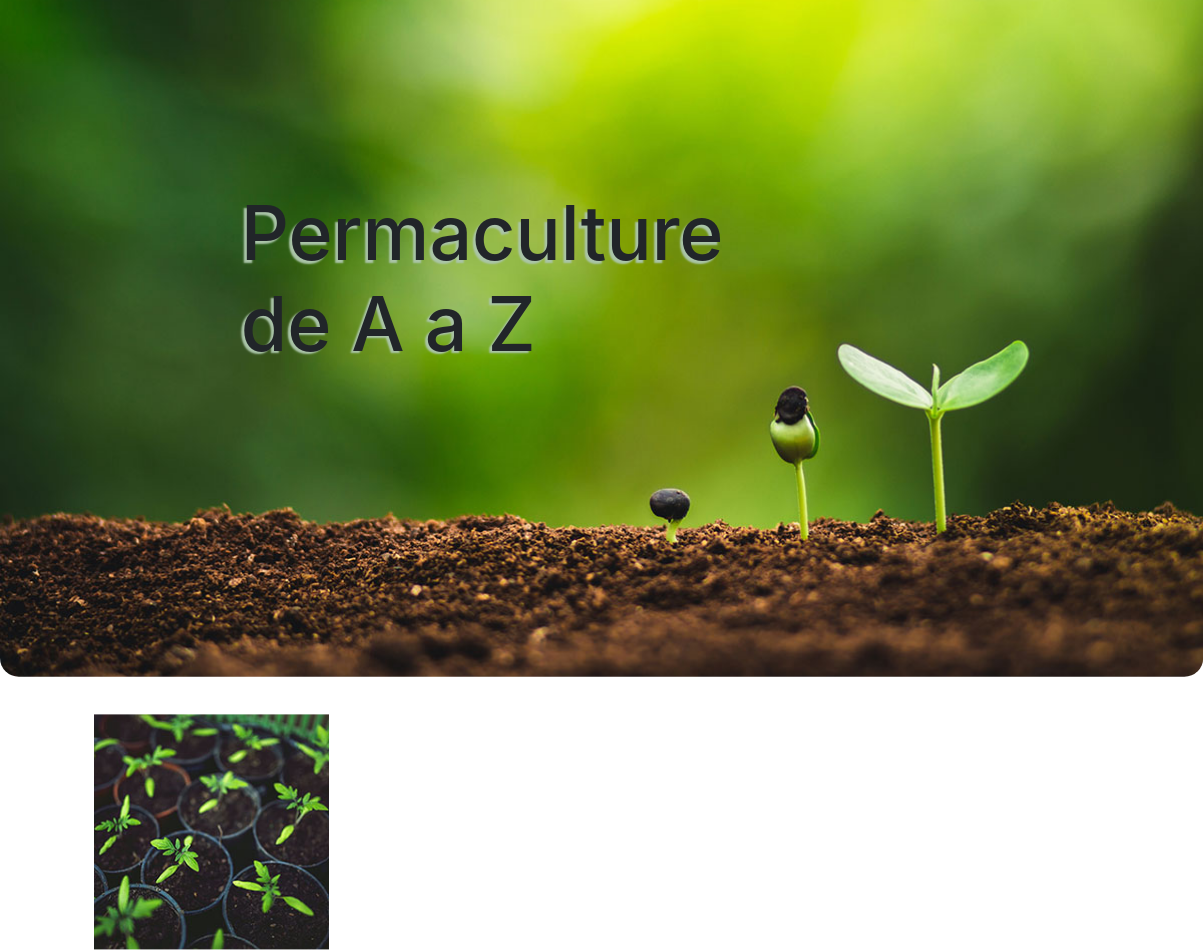
Repository: ahthionkevin/permaculture
Page: index.html
An editor plug-in stored every save of this project. The page is shown before and after the next save, followed by the edit.
The browser window is 1280 px wide. The pictures show the whole page, at 94% of full size.

Above is the page before, as saved 2021-07-06 21:36:45.

After the next save:
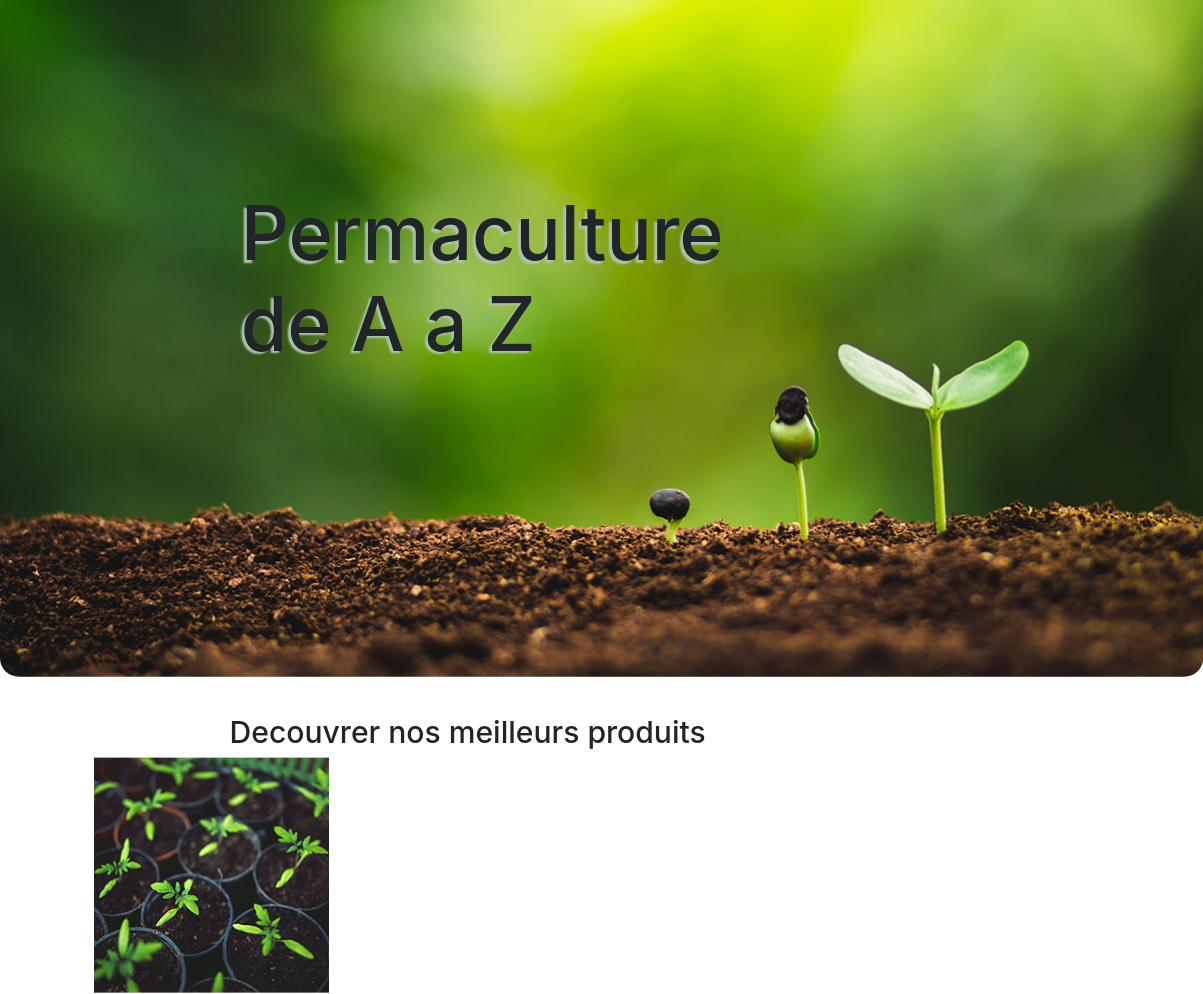
Saved 65 s later.
--- a/index.html
+++ b/index.html
@@ -15,6 +15,7 @@
     <div class="container">
         <div class="row">
             <div class="col-lg-9" id="leftPart">
+                <h2>Decouvrer nos meilleurs produits</h2>
                 <div class="container">
                     <div class="row element">
                         <div class="col-sm-4">
